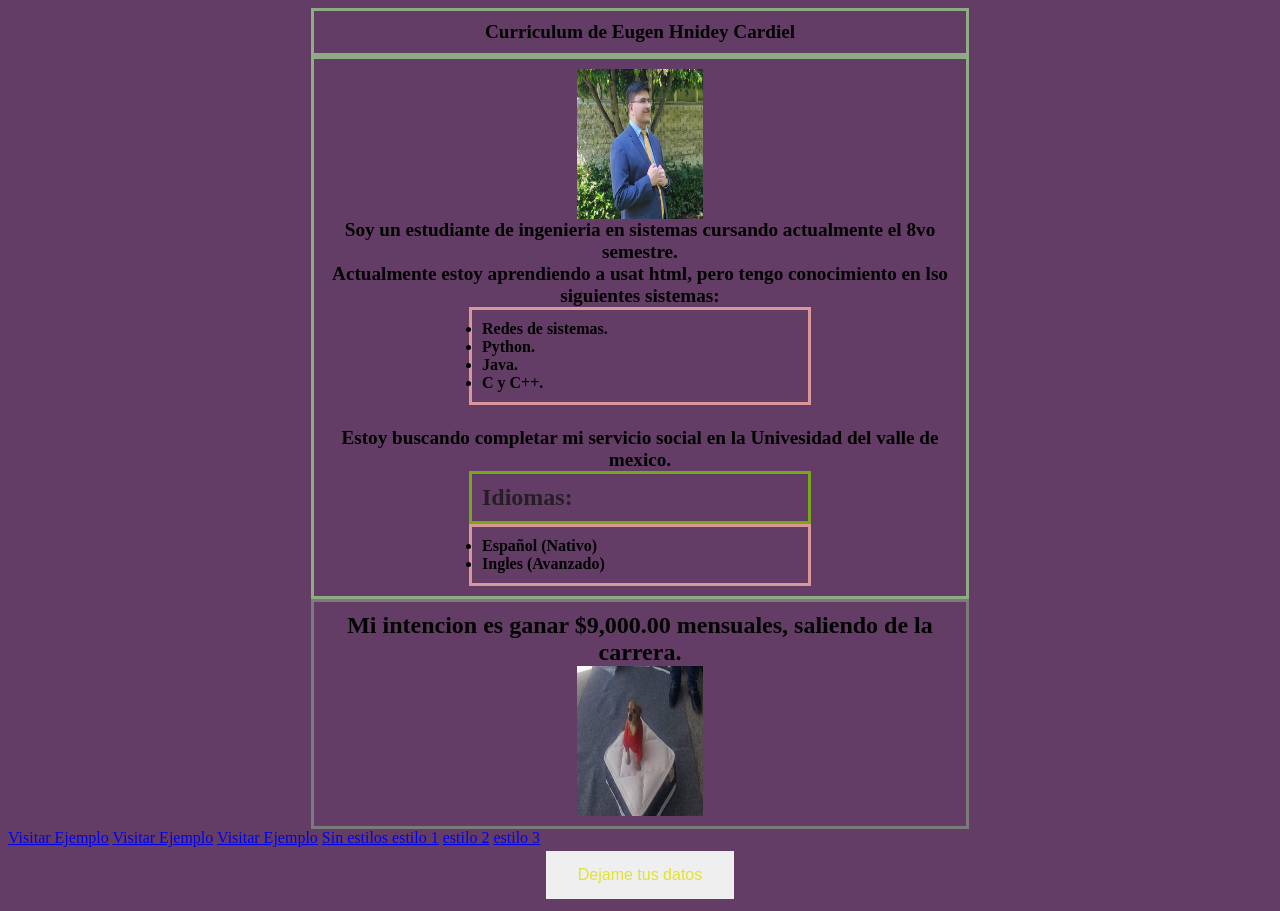
Repository: UVMCoyoacan/VEFY
Page: indexEugen.html
These files come from the project's save history. The page is drawn as it stood at one moment and after the next save; the edit follows.
The browser window is 1280 px wide. The pictures show the whole page.

Above is the page before, as saved 2024-02-28 20:27:52.
Not found: xEugen.j

### indexEugen.html
<!DOCTYPE html>
<html>
    <head>
        <title> Curriculum Eugen Hnidey Cardiel </title>
        <link rel="stylesheet" href="estilo4.css"/>
        <meta charset="utf-8" />

    </head>
    <body>
        <h1 onclick="fondo()">
            Curriculum de Eugen Hnidey Cardiel
        </h1>
        <h1>
            <div><img src = "fotoEugen.png" alt = "fotoEugen" width = "150" height = "150"></div>
            Soy un estudiante de ingenieria en sistemas cursando actualmente el 8vo semestre.
            <br>
            Actualmente estoy aprendiendo a usat html, pero tengo conocimiento en lso siguientes sistemas:
            <br>
            <ul class="verde">
                <li>Redes de sistemas.</li>
                <li>Python.</li>
                <li>Java.</li>
                <li>C y C++.</li>
            </ul>
            <br>
            Estoy buscando completar mi servicio social en la Univesidad del valle de mexico.
            <p>
            Idiomas:
            </p>
            <ul>
                <li>Español (Nativo)</li>
                <li>Ingles (Avanzado)</li>
            </ul>
        </h1>
        <h2>
            <div id = "raro">Mi intencion es ganar $9,000.00 mensuales, saliendo de la carrera.</div>
            <div><img src = "perritoBonitoEugen.png" alt = "PerritoBonito" width = "150" height = "150"></div>
        </h2>
            <a href="file:///C:/Users/Fernando/Dropbox/PC/Documents/GitHub/VEFY/Pagina%20web%20presentacion%20Eugen/indexEugen.html">Visitar Ejemplo</a>
            <a href="file:///D:/Eugen/uvm/8%20semestre/Contruccion%20de%20servicios%20web/Pagina%20web%20presentacion/index.html">Visitar Ejemplo</a>
            <a href="file:///D:/Eugen/uvm/8%20semestre/Contruccion%20de%20servicios%20web/Pagina%20web%20presentacion/index.html">Visitar Ejemplo</a>
            <a onclick="noEstilos()" href="#" >Sin estilos </a>
            <a onclick="activarEstilos(0)" href="#">estilo 1</a>
            <a onclick="activarEstilos(1)" href="#">estilo 2</a>
            <a onclick="activarEstilos(2)" href="#">estilo 3 </a>
        <script src="xEugen.j">  </script>

            <div>
                <button>Dejame tus datos  </button>

               </div>
    </body>
</html>

### estilo4.css
h1{

    color: rgb(0, 0, 0);

    color: black;

    text-align: center;
    font-size:larger;
    margin: auto;
    width: 50%;
    border: 3px solid rgb(141, 172, 132);
    border-style:solid;
    padding: 10px;

}
p{
    color: rgba(21, 21, 21, 0.781);
    text-align:justify;
    font-size:x-large;
    margin: auto;
    width: 50%;
    border: 3px solid rgb(120, 168, 26);
    border-style:solid;
    padding: 10px;
}
li{
    color: rgb(0, 0, 0);
    text-align:justify;
    font-size:medium;
}


ul{
    color: rgba(21, 21, 21, 0.781);
    text-align:center;
    font-size:large;
    margin: auto;
    width: 50%;
    border: 3px solid rgb(216, 152, 152);
    border-style:solid;
    padding: 10px;
}
body{
    background-color: rgb(100, 61, 102);

}


h2{
    color: rgb(2, 2, 2);
    text-align: center;
    font-size:x-large;
    margin: auto;
    width: 50%;
    border: 3px solid rgb(123, 123, 123);
    border-style:solid;
    padding: 10px;
}
img{
    display: block;
    width: 20%;
    margin: auto;
}
footer{
    color: rgb(60, 28, 167);
    background-color: rgb(210, 204, 25);
}
button {
    border: none;
    color: rgb(226, 226, 47);
    padding: 15px 32px;
    text-align: center;
    text-decoration: none;
    display: inline-block;
    font-size: 16px;
    margin: 4px 2px;
    cursor: pointer;
  }
  div{
    text-align: center;
  }

After the next save:
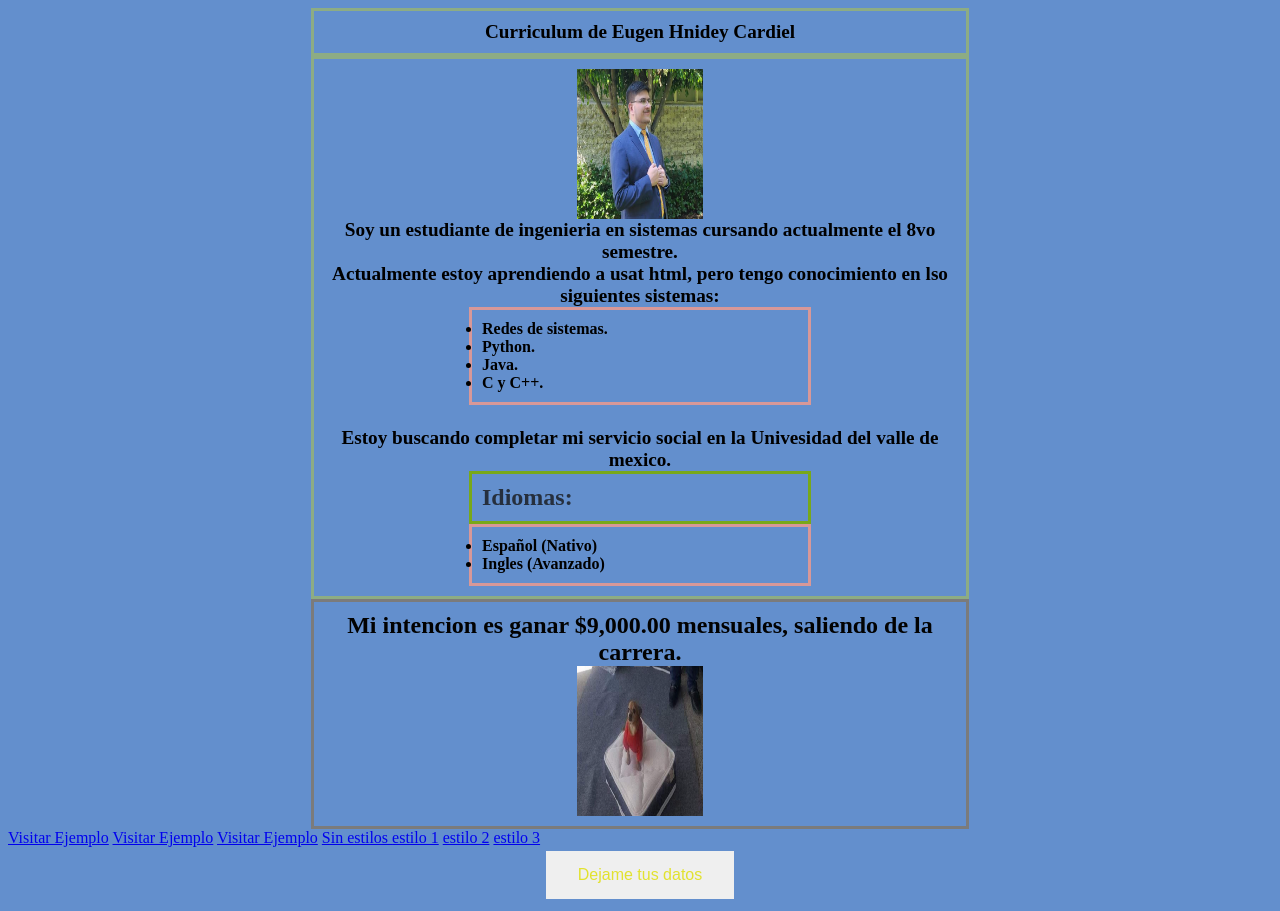
Saved 49 min 35 s later.
--- a/estilo4.css
+++ b/estilo4.css
@@ -41,7 +41,7 @@ ul{
     padding: 10px;
 }
 body{
-    background-color: rgb(100, 61, 102);
+    background-color: rgb(99, 143, 205);
 
 }
 
